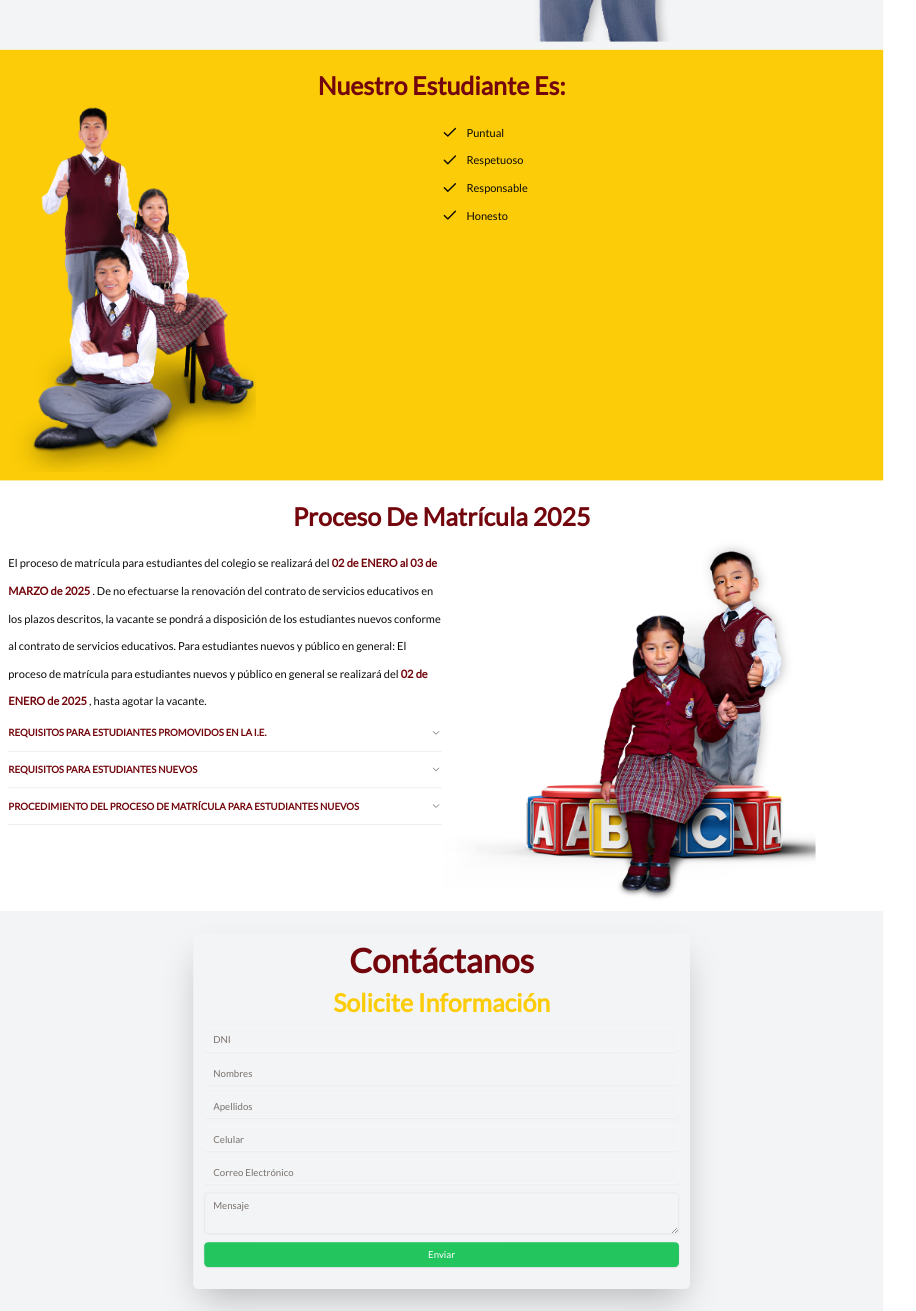
Repository: jefrydep/new_horizont_school
Page: /
The author's editor kept a copy of each file at every save. The page is drawn from the files as they stood at one save, then again after the next save.
The browser window is 1280 px wide. The page is 1328 px wide, so the pictures cover 1328 px, including what lies to the right of the window. The pictures show the part of the page from y = 1964 to 3864 px (the page is 4794 px tall), at 69% of full size.
Pictures or frames that could not be fetched are drawn as grey boxes. The project was rebuilt for these pictures with package versions that can differ from the ones it lists, and the page was loaded fresh each time. The framework's server and built-in components were replaced by stand-ins that run in the browser. Also part of the build but not shown: next.config.ts.

Above is the page before, as saved 2024-11-28 20:55:10.

After the next save:
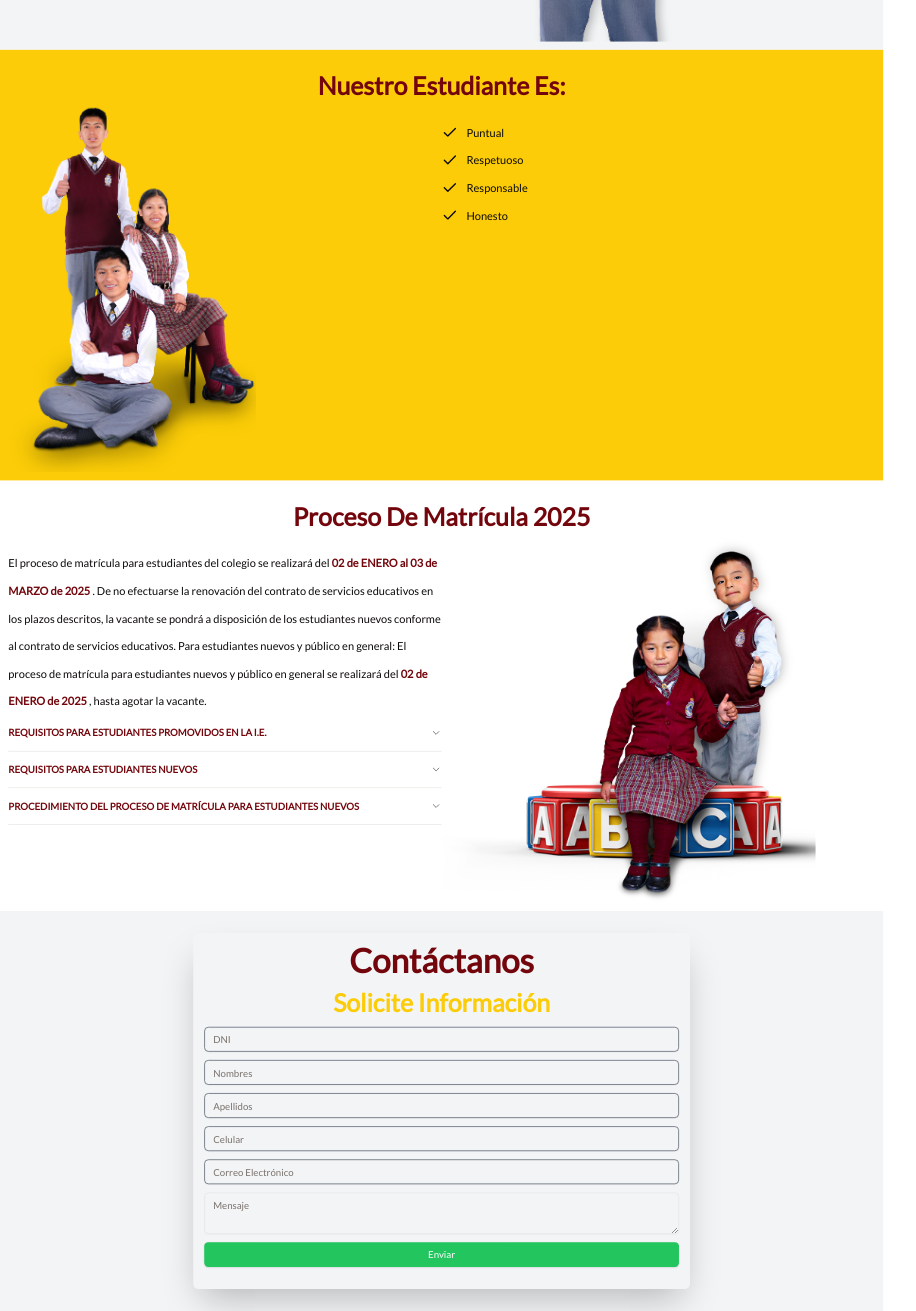
Saved 4 s later.
--- a/src/components/ui/input.tsx
+++ b/src/components/ui/input.tsx
@@ -8,7 +8,7 @@ const Input = React.forwardRef<HTMLInputElement, React.ComponentProps<"input">>(
       <input
         type={type}
         className={cn(
-          "flex h-9 w-full rounded-md border  border-gray-50 bg-transparent  px-3 py-1 text-base shadow-sm transition-colors file:border-0 file:bg-transparent file:text-sm file:font-medium file:text-foreground placeholder:text-muted-foreground focus-visible:outline-none focus-visible:ring-1 focus-visible:ring-ring disabled:cursor-not-allowed disabled:opacity-50 md:text-sm",
+          "flex h-9 w-full rounded-md border  border-gray-600 bg-transparent  px-3 py-1 text-base shadow-sm transition-colors file:border-0 file:bg-transparent file:text-sm file:font-medium file:text-foreground placeholder:text-muted-foreground focus-visible:outline-none focus-visible:ring-1 focus-visible:ring-ring disabled:cursor-not-allowed disabled:opacity-50 md:text-sm",
           className
         )}
         ref={ref}
